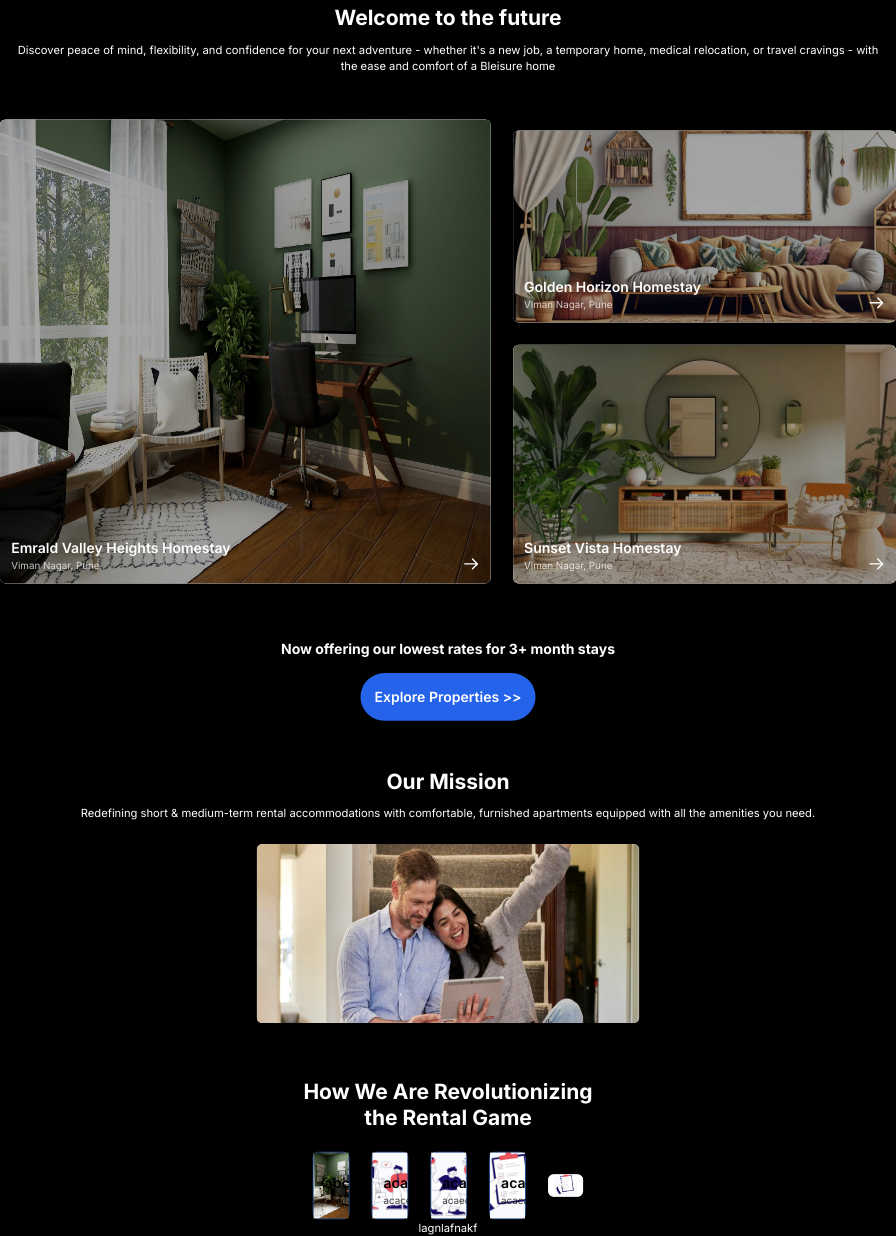
Repository: aditya-jha-kumar/BleisureHosting-V1
Page: /home
An editor plug-in stored every save of this project. The page is shown before and after the next save, followed by the edit.
The browser window is 1280 px wide. The pictures show the part of the page from y = 761 to 2681 px (the page is 2527 px tall before and 2681 px after), at 70% of full size.
The project was rebuilt for these pictures with package versions that can differ from the ones it lists, and the page was loaded fresh each time. The framework's server and built-in components were replaced by stand-ins that run in the browser. Also part of the build but not shown: next.config.mjs.

Above is the page before, as saved 2024-06-12 15:31:11.

After the next save:
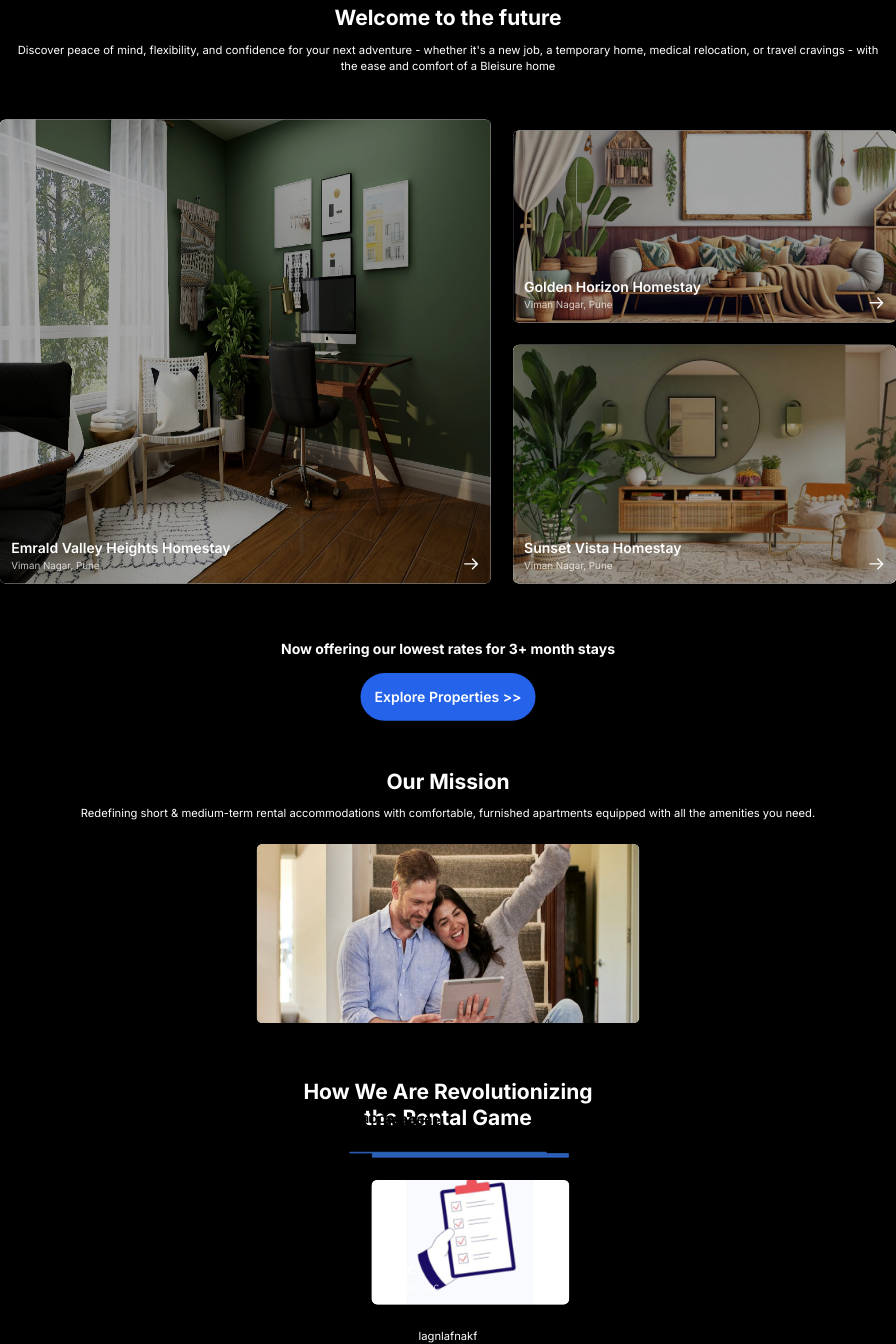
Saved 19 s later.
--- a/src/app/home/page.tsx
+++ b/src/app/home/page.tsx
@@ -107,7 +107,7 @@ export default function Home() {
           </h1>
         </div>
       </div>
-      <div className="flex justify-center mt-8 space-x-4 md:space-x-8">
+      <div className=" justify-center mt-8 space-x-4 md:space-x-8">
         <Card2 imageSrc="/card1.png" largeText="abcac" smallText="acac" />
         <Card2 imageSrc="/a2.png" largeText="acacac" smallText="acacea" />
         <Card2 imageSrc="/a3.png" largeText="acaecae" smallText="acaecae" />
